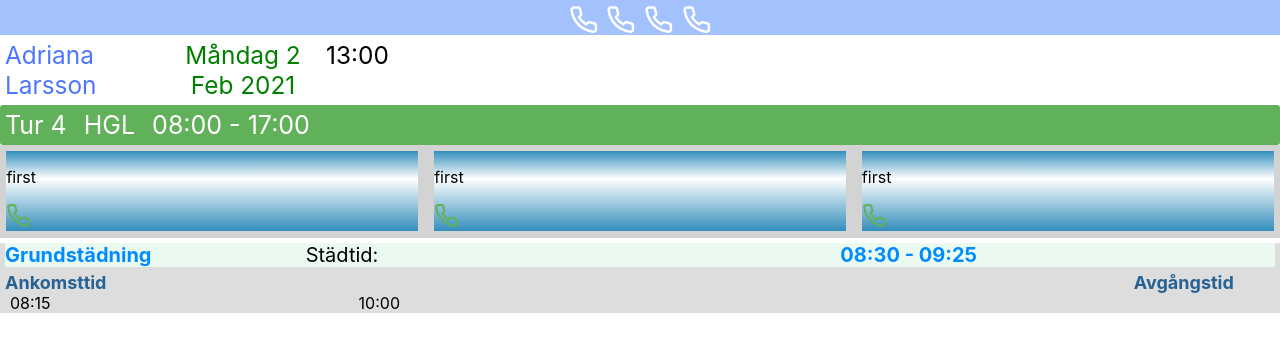
Repository: AdrianaLarsson/learning-react-adriana
Page: /
These files come from the project's save history. The page is drawn as it stood at one moment and after the next save; the edit follows.
The browser window is 1280 px wide. The pictures show the whole page.
The project was rebuilt for these pictures with package versions that can differ from the ones it lists, and the page was loaded fresh each time. Also part of the build but not shown: src/components/pixiLearn/pixi-learning.js, src/components/pixiLearn/reactTimline/timelinegant.js.

Above is the page before, as saved 2021-02-18 10:00:29.

### src/App.js
import './App.css';
import PixiLearning from './components/pixiLearn/pixi-learning'
import TimeLineGant from './components/pixiLearn/reactTimline/timelinegant'
import SjWaypoint from './components/pixiLearn/waypoint-mobile/sjwaypiont'

function App() {
  return (
    <div className="App">
      <header className="App-header">
       {/*  <TimeLineGant/> */}

           {/*   <PixiLearning/> */}
           <SjWaypoint/>
      </header>
    </div>
  );
}

export default App;

### src/App.css


.navbar {
  background-color: #a2c1fd;
  height: 30px;
  padding-top: 5px;
  display: flex;
  flex-direction: column;
  align-items: center;
  font-size: calc(15px + 2vmin);
  color: white;
}
.box{
  background-color: #ffffff;
  height: 30px;
  padding-top: 5px;
  display: flex;
  flex-direction: column;
  align-items: center;
  font-size: calc(10px + 2vmin);
  color: rgb(0, 0, 0);
  display: inline;
  flex-direction: row;
}
.name{
  margin: 5px;
  text-align: start;
  display: inline-flex;
  color: rgb(77, 118, 255);
  width: 150px;
}
.date{
  padding: 3px;
  text-align: center;
  display: inline-flex;
  color: green;
  width: 160px;
}
.time{
  text-align: end;
  display: inline-flex;
  color: black;
  width: 85px;
}
.nameonteam{
  display: inline;
  margin: 5px;
}

.teamname{
background-color: #61b15a;
color: white;
font-size: 25px;
border-radius: 3px;
}
.workposition{
  display: inline-flex;
  text-align: center;
  margin: 5px;

}
.timeteam{
  display: inline;
  margin: 5px;
  text-align: end;
}

.phone{
color: #61b15a;
  font-size: 25px;
}

.traininfo{
  background-color: rgb(221, 221, 221);
}
.activity{
  display: flex;
  border-width: 10ch;
  border-color: #61b15a;
  font-size: 20px;
  margin: 5px;
  color: rgb(0, 140, 255);
  background-color: rgb(235, 250, 240);

}

.activityname{
  text-align: start;
  font-weight: bold;
}
.cleantime{
  display: inline-block;
  width: 30%;
  text-align: center;
  color: black;
}
.cleantimestartend{
  display: inline-block;
  width: 35%;
  text-align: end;
  color: rgb(0, 140, 255);
  font-weight: bold;
}
.arrivaltimetitle{
  display: inline-block;
  width: 48%;
  margin-left: 5px;
  text-align: start;
  color: rgb(38, 98, 148);
  font-weight: bold;
  font-size: 18px;

}
.departuretimetitle{
  display: inline-block;
  width: 48%;
  text-align: end;
  color: rgb(38, 98, 148);
  font-weight: bold;
  font-size: 18px;
}
.arrivaltime{
  display: inline-block;
  text-align: start;
  width: 200px;
  margin-left: 10px;
}
.departuretime{
  display: inline-block;
  text-align: end;
  width: 190px;

}

/* .App {
  text-align: center;
}

.App-logo {
  height: 40vmin;
  pointer-events: none;
}

@media (prefers-reduced-motion: no-preference) {
  .App-logo {
    animation: App-logo-spin infinite 20s linear;
  }
}

.App-header {
  background-color: #282c34;
  min-height: 100vh;
  display: flex;
  flex-direction: column;
  align-items: center;
  justify-content: center;
  font-size: calc(10px + 2vmin);
  color: white;
}

.App-link {
  color: #61dafb;
}

@keyframes App-logo-spin {
  from {
    transform: rotate(0deg);
  }
  to {
    transform: rotate(360deg);
  }
}
 */

### src/components/pixiLearn/waypoint-mobile/sjwaypiont.js
import React from 'react'
import Navbaren from './navbaren'
import BoxNameDayTime from './box-name-day-time'
import TeamName from './teamname'
import Perosnal from './perosnal'
import Traininfo from './trainsinfo'

function sjwaypiont() {
    return (
        <div>
          <Navbaren/>
            <BoxNameDayTime/>
            <TeamName/>
            <Perosnal/>
            <Traininfo/>
        </div>
    )
}

export default sjwaypiont

### src/components/pixiLearn/waypoint-mobile/navbaren.js
import React from 'react'
import { FiPhone } from "react-icons/fi";


function navbaren() {
    return (
      <div className="navbar">
          <div className="navbar-container container">
           <FiPhone /> <FiPhone /> <FiPhone /> <FiPhone />
          </div>

      </div>
    )
}

export default navbaren

### src/components/pixiLearn/waypoint-mobile/box-name-day-time.js
import React from 'react'
import Container from "react-bootstrap/Container";
import Row from "react-bootstrap/Row";
import Col from "react-bootstrap/Col"

function boxNameDayTime() {
    return (
<Container className="box">
  <Row>
    <Col className="name">Adriana Larsson </Col>
    <Col className="date"> Måndag 2 Feb 2021</Col>
    <Col className="time"> 13:00 </Col>
  </Row>
</Container>

    )
}

export default boxNameDayTime;

### src/components/pixiLearn/waypoint-mobile/teamname.js
import React from 'react'
import styled from 'styled-components';
import Container from "react-bootstrap/Container";
import Row from "react-bootstrap/Row";
import Col from "react-bootstrap/Col"


function teamName() {

const Box = styled.div`
background: #61b15a;
borderRadius: 20px;
height: 55px;
width:500px;
color: white;
font-size: 20px;
display: inline-flex;
text-align: center;
margin-right: 100px;
`
    return (
        <Container className="teamname">
        <Row>
          <Col className="nameonteam">Tur 4 </Col>
          <Col className="workposition"> HGL</Col>
          <Col className="timeteam"> 08:00 - 17:00 </Col>
        </Row>
      </Container>
    )
}

export default teamName

### src/components/pixiLearn/waypoint-mobile/perosnal.js
import React from 'react'
import styled from 'styled-components';
import { FiPhone } from "react-icons/fi";


function perosnal() {
    const EqualDivider = styled.div`
  display: flex;
  padding: 0.4rem;
  height: 80px;
  background: lightgrey;
  ${props => props.vertical && "flex-direction: column;"}

  > * {
    flex: 1;
     font-style:bold;
    &:not(:first-child) {
      ${props => props.vertical ? "margin-top" : "margin-left"}: 1rem;
    }
  }
`;

const Child = styled.div`

background: linear-gradient(#338EBC 0%, #ffffff 34.48%, #338EBC 100%);
`;

    return (
        <div>
        <EqualDivider>
          <Child><p>first</p>
          <FiPhone className="phone" />
          </Child>
          <Child><p>first</p>
          <FiPhone className="phone" />
          </Child>
          <Child><p>first</p>
          <FiPhone className="phone" />
          </Child>
        </EqualDivider>

        </div>
    )
}

export default perosnal;

### src/components/pixiLearn/waypoint-mobile/trainsinfo.js
import React from 'react'
import Container from "react-bootstrap/Container";
import Row from "react-bootstrap/Row";
import Col from "react-bootstrap/Col"



function trainsinfo() {
    return (

<Container className="traininfo">
  <Row className="activity">
    <Col className="activityname">Grundstädning </Col>
    <Col className="cleantime"> Städtid:</Col>
    <Col className="cleantimestartend"> 08:30 - 09:25</Col>
  </Row>
  <Row className="traininfodeparr">
      <Col className="arrivaltimetitle">Ankomsttid </Col>
      <Col className="departuretimetitle">Avgångstid </Col>
      <Col className="arrivaltime">08:15 </Col>
      <Col className="departuretime">10:00 </Col>
  </Row>
</Container>

    )
}

export default trainsinfo

Loaded but not shown: public/index.html (common file); src/index.js (common file); src/index.css (common file); src/reportWebVitals.js (common file)

After the next save:
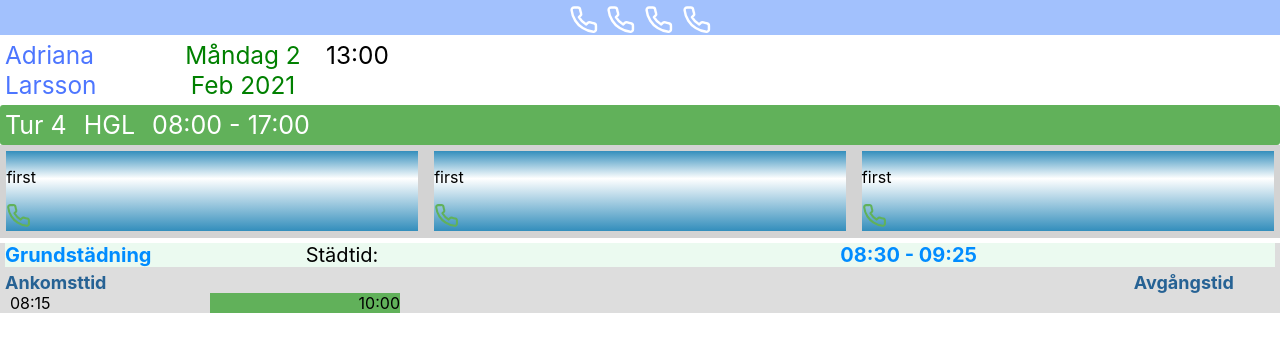
Saved 103 s later.
--- a/src/App.css
+++ b/src/App.css
@@ -129,7 +129,7 @@ color: #61b15a;
   display: inline-block;
   text-align: end;
   width: 190px;
-
+  background-color: #61b15a;
 }
 
 /* .App {
